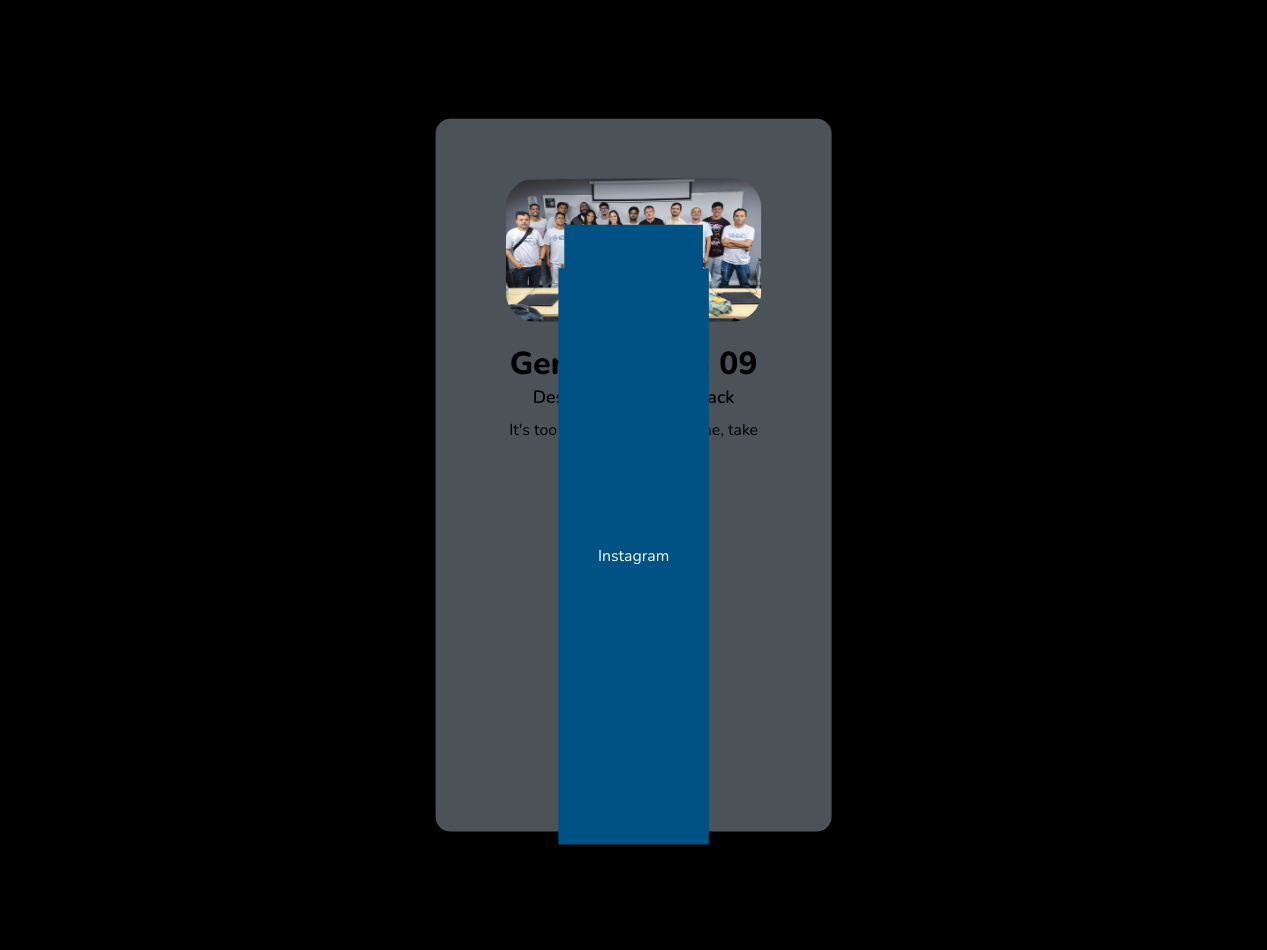
Repository: geracao-09/linktree-gt9
Page: index.html
An editor plug-in stored every save of this project. The page is shown before and after a run of saves, followed by the edit.
The browser window is 1280 px wide. The pictures show the whole page, at 99% of full size.

Above is the page before, as saved 2025-04-11 09:08:46.

### index.html
<!DOCTYPE html>
<html lang="pt-br">
  <head>
    <meta charset="UTF-8" />
    <meta name="viewport" content="width=device-width, initial-scale=1.0" />
    <title>Linktree do GT09</title>
    <link rel="stylesheet" href="style.css" />
    <link rel="preconnect" href="https://fonts.googleapis.com" />
    <link rel="preconnect" href="https://fonts.gstatic.com" crossorigin />
    <link href="https://fonts.googleapis.com/css2?family=Nunito:ital,wght@0,200..1000;1,200..1000&display=swap" rel="stylesheet" />
  </head>
  <body>
    <div class="container-main">
      <div class="container-image">
        <img src="./assets/image-profile.jpg" alt="Foto dos top 25 geracao tech" />
      </div>
      <div class="container-infos">
        <h1>Geração Tech 09</h1>
        <h2>Desenvolvedor FullStack</h2>
      </div>
      <div class="container-easter-egg">
        <p>It's too dangerous to go alone, take this.</p>
      </div>
      <div class="container-social">
        <ul>
          <li>
            <a href="https://www.linkedin.com/in/cesar-hideki-nagano-326b75115/" target="_blank"> Linkedin </a>
          </li>
          <li>
            <a href="https://github.com/geracao-09" target="_blank"> Github </a>
          </li>
          <li>
            <a href="https://www.instagram.com/hidekina/" target="_blank"> Instagram </a>
          </li>
        </ul>
      </div>
    </div>
  </body>
</html>

### style.css
* {
  font-family: "Nunito", sans-serif;
  margin: 0;
  padding: 0;
  box-sizing: border-box;
}

body {
  background-color: #000000;
}

.container-main {
  background-color: #4b5358;
  width: 400px;
  height: 720px;
  box-sizing: border-box;
  margin: 120px auto;
  padding: 60px;
  border-radius: 15px;
  text-align: center;
}

.container-image img {
  width: 258px;
  border-radius: 30px;
}

.container-infos {
  margin-top: 15px;
  margin-bottom: 10px;
}

.container-infos h1 {
    font-weight: 800;
}

.container-infos h2 {
    font-weight: 600;
    font-size: 18px;
}
.container-social ul {
  list-style-type: none;
}

.container-social a {
  text-decoration: none;
  color: white;
}

.container-social {
  margin-top: 40px;
}

.container-social a {
  width: 280px;
  height: 40px;
  background-color: #005184;
  margin: 15px 0;
  padding: 280px 40px;
}

After the next 2 saves:
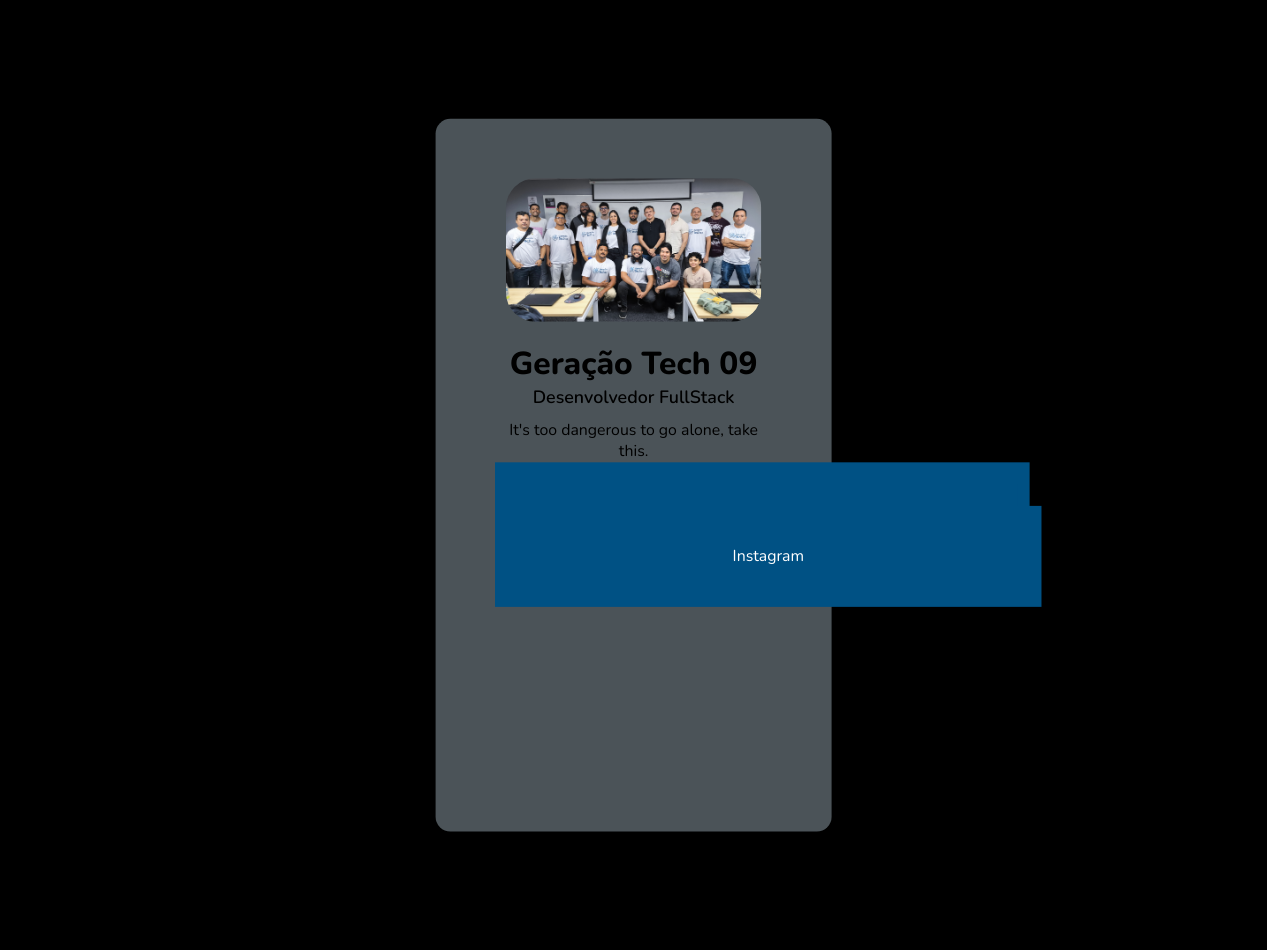
The 2 saves are shown as one change because they came seconds apart.
The last was saved 10 s later.
--- a/style.css
+++ b/style.css
@@ -56,5 +56,5 @@ body {
   height: 40px;
   background-color: #005184;
   margin: 15px 0;
-  padding: 280px 40px;
+  padding: 40px 240px;
 }
